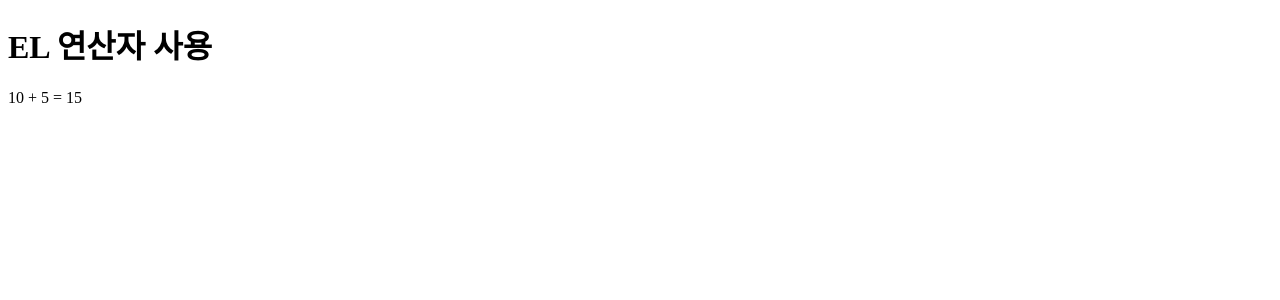
Repository: Kimth520/JSP-study
Page: http://localhost/day03/elTest.jsp
The author's editor kept a copy of each file at every save. The page is drawn from the files as they stood at one save, then again after the next save.
The browser window is 1280 px wide. The pictures show the whole page.
The page is served by Tomcat 9.

Above is the page before, as saved 2025-01-14 05:24:19.

After the next save:
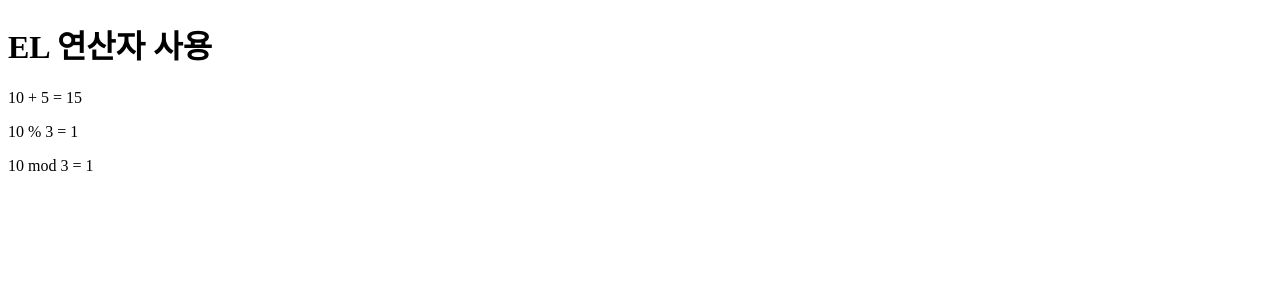
Saved 27 s later.
--- a/workspace/day03/src/main/webapp/elTest.jsp
+++ b/workspace/day03/src/main/webapp/elTest.jsp
@@ -9,7 +9,9 @@
 <body>
 	<h1>EL 연산자 사용</h1>
 	<!-- 산술 연산 -->
-	<p>10 + 5 = ${10 +5}</p>
+	<p>10 + 5 = ${10 + 5}</p>
+	<p>10 % 3 = ${10 % 3}</p>
+	<p>10 mod 3 = ${10 mod 3}</p>
 
 </body>
 </html>
